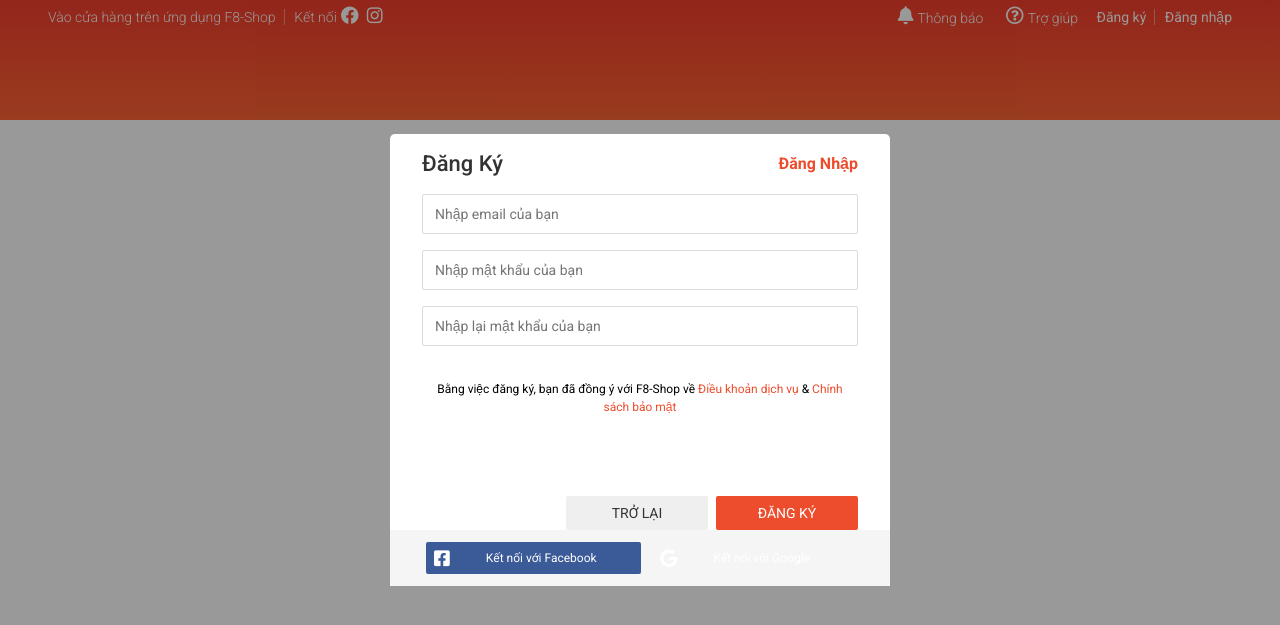
Repository: huynhnhan112/Shopee_Homepage
Page: index.html
The author's editor kept a copy of each file at every save. The page is drawn from the files as they stood at one save, then again after the next save.
The browser window is 1280 px wide. The pictures show the whole page.

Above is the page before, as saved 2021-11-19 16:23:40.

After the next save:
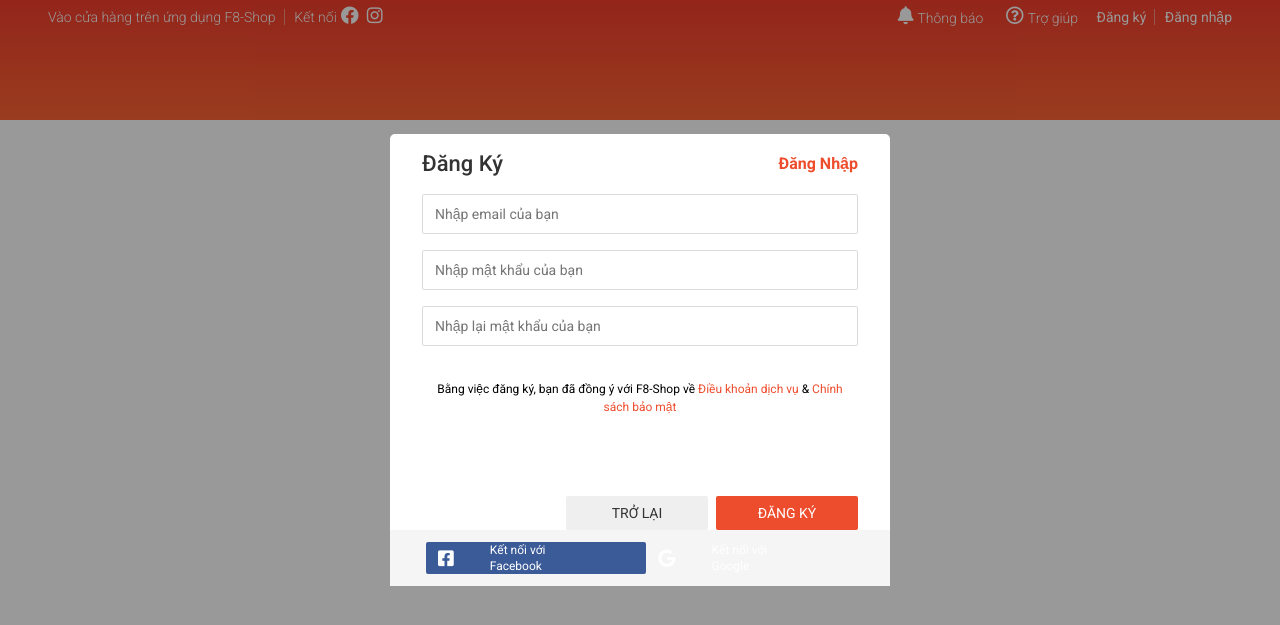
Saved 24 s later.
--- a/assets/css/base.css
+++ b/assets/css/base.css
@@ -75,7 +75,7 @@
     border-radius: 2px;
     font-size: 1.4rem;
     cursor: pointer;
-    padding: 0 8px;
+    padding: 0 12px;
     color: var(--text-color);
     display: flex;
     justify-content: center;

After the save that followed:
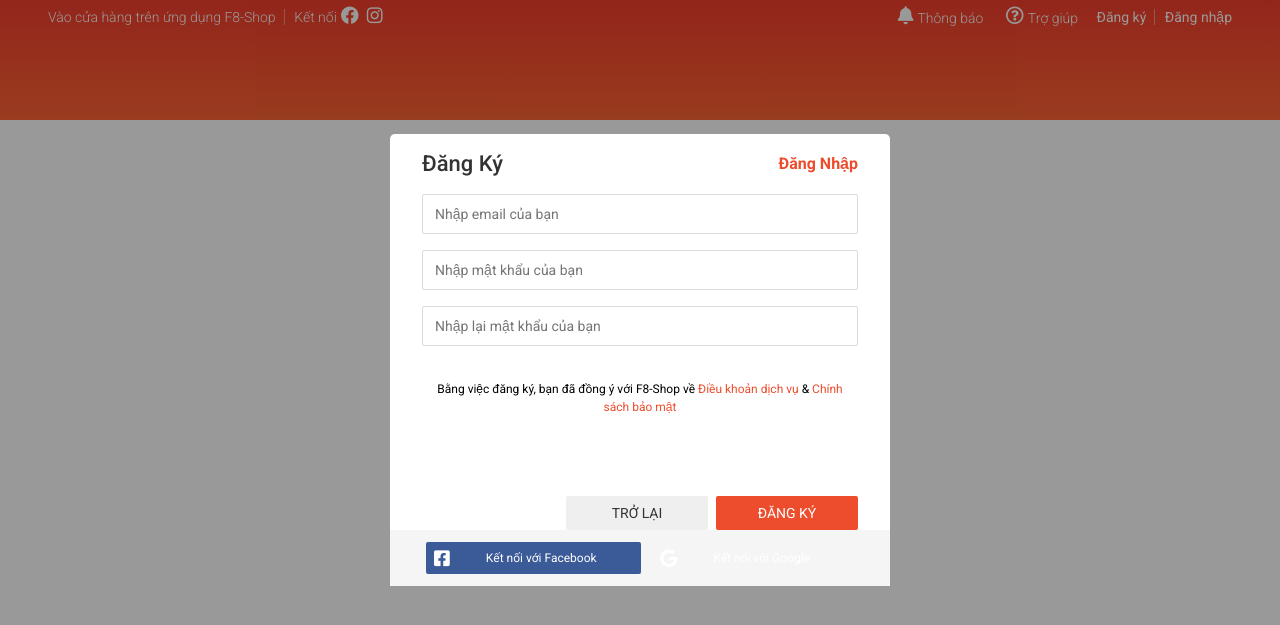
Saved 13 s later.
--- a/assets/css/base.css
+++ b/assets/css/base.css
@@ -94,6 +94,7 @@
 .btn.btn--size-s{
     height: 32px;
     font-size: 1.2rem;
+    padding: 0 8px;
 }
 
 .btn.btn--disabled{
